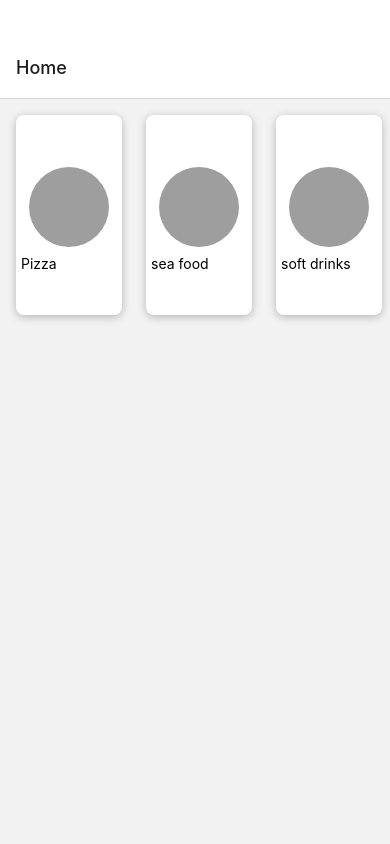
Repository: Esraa22M/ReactNative
Screen: /
An editor plug-in stored every save of this project. The screen is shown before and after the next save, followed by the edit.
Pictures or frames that could not be fetched are drawn as grey boxes. The app was drawn by React Native's web renderer in a window 390 px wide. The project was rebuilt for these pictures with package versions that can differ from the ones it lists, and the page was loaded fresh each time. Also part of the build but not shown: src/components/header/header.component.js, src/colors/front-screen-colors/user-auth-colors.js, src/components/header/header.styles.js, src/components/textInput/textInput.styles.js, src/components/textInput/textInput.components.jsx, src/components/singup-form-body/singup-form-body.components.js, src/screens/front-screen/Singup/singup-screen.screens.jsx, src/authentication/api/login-info.js and 2 more.

Above is the screen before, as saved 2023-09-21 00:51:26.

After the next save:
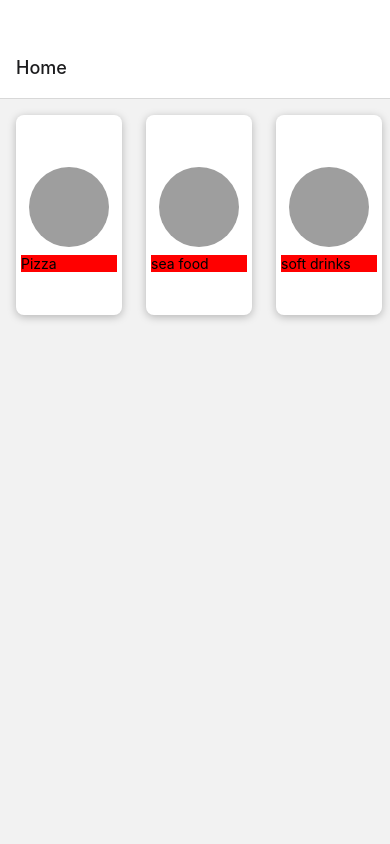
Saved 10 s later.
--- a/src/components/categories/category-item.components.js
+++ b/src/components/categories/category-item.components.js
@@ -36,5 +36,5 @@ const styles = StyleSheet.create({
     borderRadius: 80 / 2,
     margin: 8,
   },
-  categoryName: {},
+  categoryName: { backgroundColor: "red" },
 });
